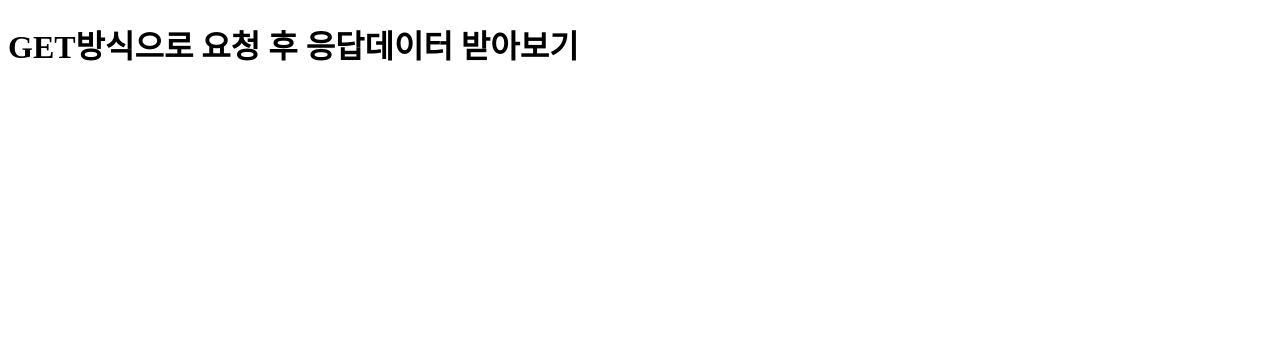
Repository: ajungeul93-rgb/09-22-server-workspace
Page: MyFirstWebProject/src/main/webapp/views/request_get.html
These files come from the project's save history. The page is drawn as it stood at one moment and after the next save; the edit follows.
The browser window is 1280 px wide. The pictures show the whole page.

Above is the page before, as saved 2025-09-22 07:31:04.

### MyFirstWebProject/src/main/webapp/views/request_get.html
<!DOCTYPE html>
<html>
<head>
<meta charset="UTF-8">
<title>Get 방식 요청 테스트</title>
<style>
	ul {
		list-style: none;
		line-height: 200%;
	}
</style>
</head>
<body>
	<h1>GET방식으로 요청 후 응답데이터 받아보기</h1>


</body>
</html>

After the next save:
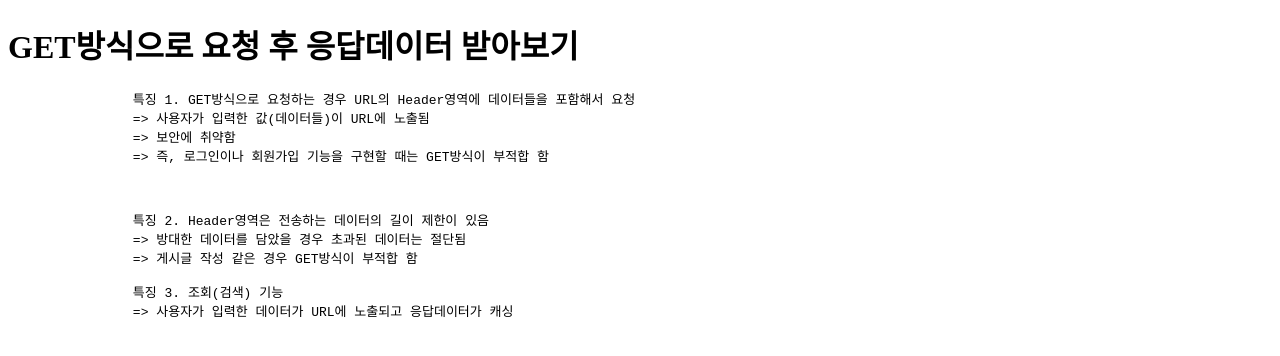
Saved 14 min 30 s later.
--- a/MyFirstWebProject/src/main/webapp/views/request_get.html
+++ b/MyFirstWebProject/src/main/webapp/views/request_get.html
@@ -13,6 +13,20 @@
 <body>
 	<h1>GET방식으로 요청 후 응답데이터 받아보기</h1>
 
+	<pre>
+		특징 1. GET방식으로 요청하는 경우 URL의 Header영역에 데이터들을 포함해서 요청
+		=> 사용자가 입력한 값(데이터들)이 URL에 노출됨
+		=> 보안에 취약함
+		=> 즉, 로그인이나 회원가입 기능을 구현할 때는 GET방식이 부적합 함 <br><br>
+
+		특징 2. Header영역은 전송하는 데이터의 길이 제한이 있음
+		=> 방대한 데이터를 담았을 경우 초과된 데이터는 절단됨
+		=> 게시글 작성 같은 경우 GET방식이 부적합 함
+
+		특징 3. 조회(검색) 기능
+		=> 사용자가 입력한 데이터가 URL에 노출되고 응답데이터가 캐싱
+	</pre>
+
 
 </body>
 </html>
